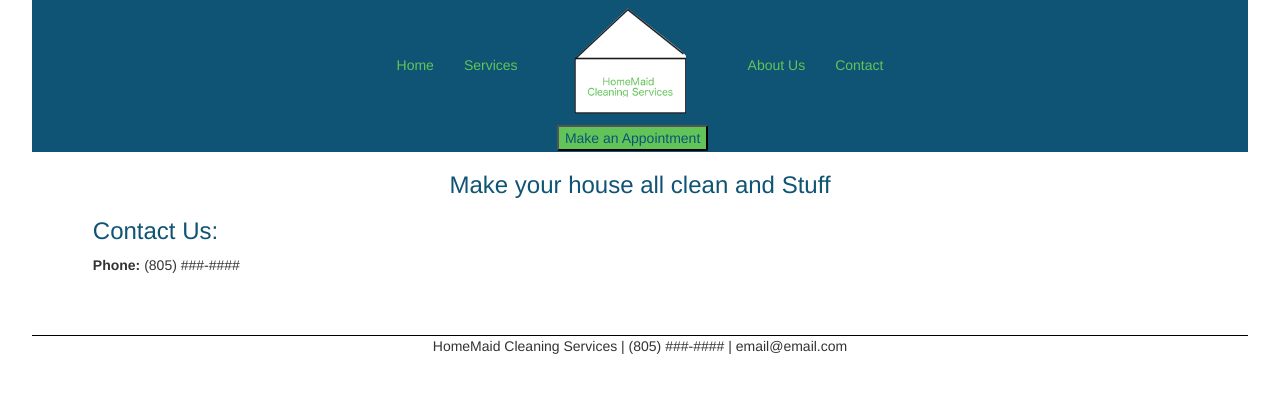
Repository: alprusa/HomeMaid-Cleaning-Service
Page: HomeMaid-Cleaning-Service/contact/index.html
These files come from the project's save history. The page is drawn as it stood at one moment and after the next save; the edit follows.
The browser window is 1280 px wide. The pictures show the whole page.

Above is the page before, as saved 2016-07-11 03:19:25.

After the next save:
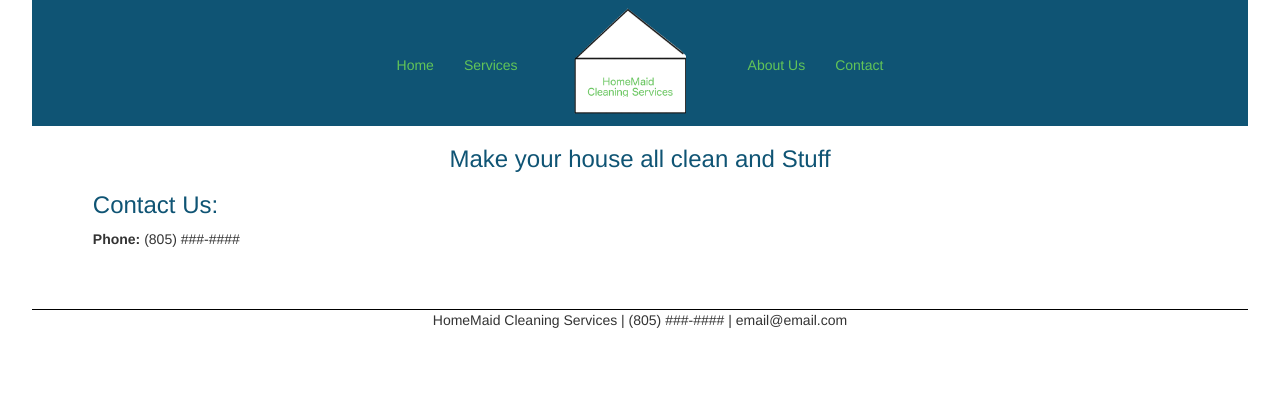
Saved 8 s later.
--- a/HomeMaid-Cleaning-Service/contact/index.html
+++ b/HomeMaid-Cleaning-Service/contact/index.html
@@ -44,9 +44,9 @@
 								<div class="navbar-header">
                         			<!--Logo image button to go make to main page-->
                        				 <a href="../"><img src="../img/TempLogo.png" class="img-responsive" id="logo"/></a>
-                       				 <form action="#">
+                       				 <!--<form action="#">
 										 <button type="submit" id="appointment" href="#">Make an Appointment</button>
-									 </form>
+									 </form>-->
                    				 </div>
 	                        </li>
 							<li class="navTabs"><a href="../about/">About Us</a></li>
